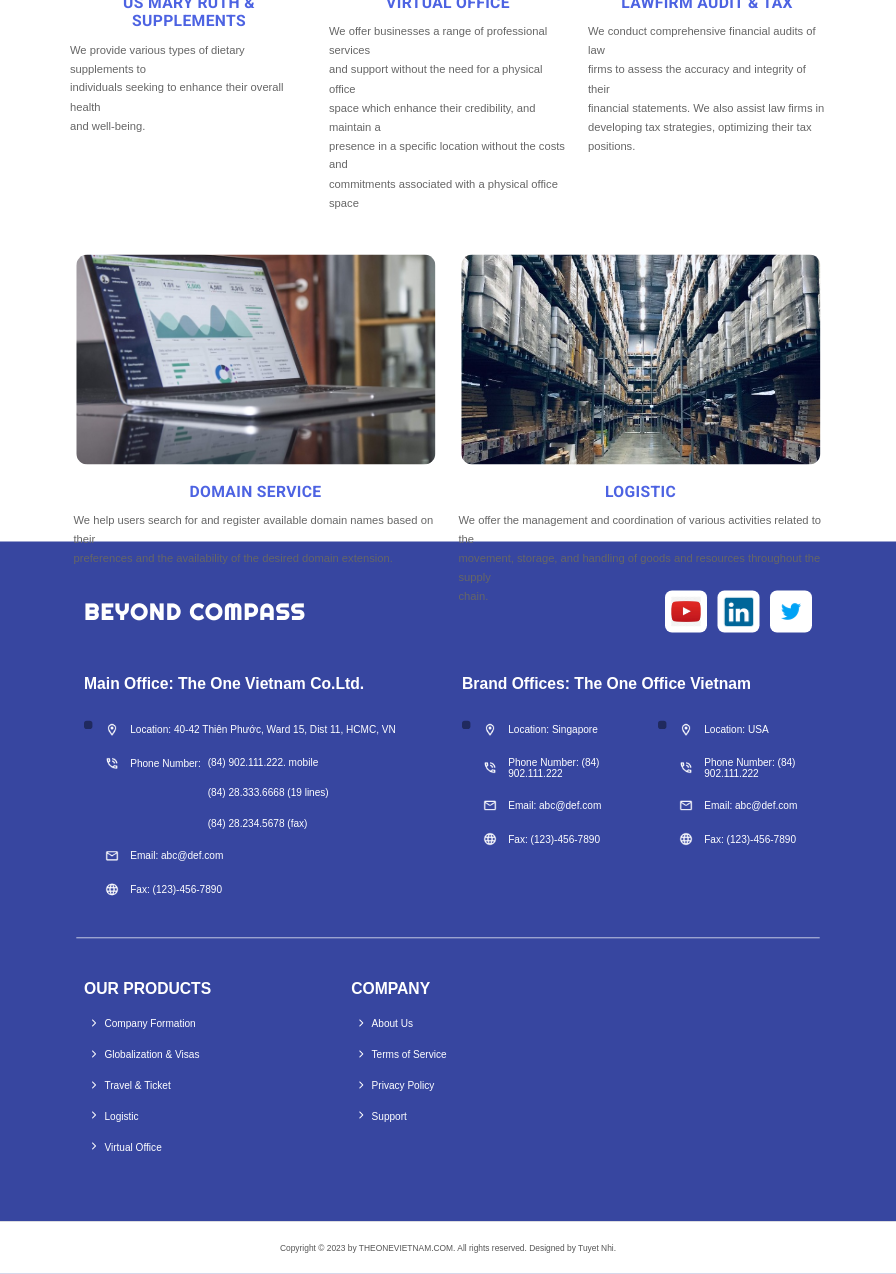
Repository: trunghau06/baitapRn
Page: pages/product.html
The author's editor kept a copy of each file at every save. The page is drawn from the files as they stood at one save, then again after the next save.
The browser window is 1280 px wide. The pictures show the part of the page from y = 1591 to 3511 px (the page is 3411 px tall before and 3511 px after), at 70% of full size.

Above is the page before, as saved 2025-10-09 23:40:06.

After the next save:
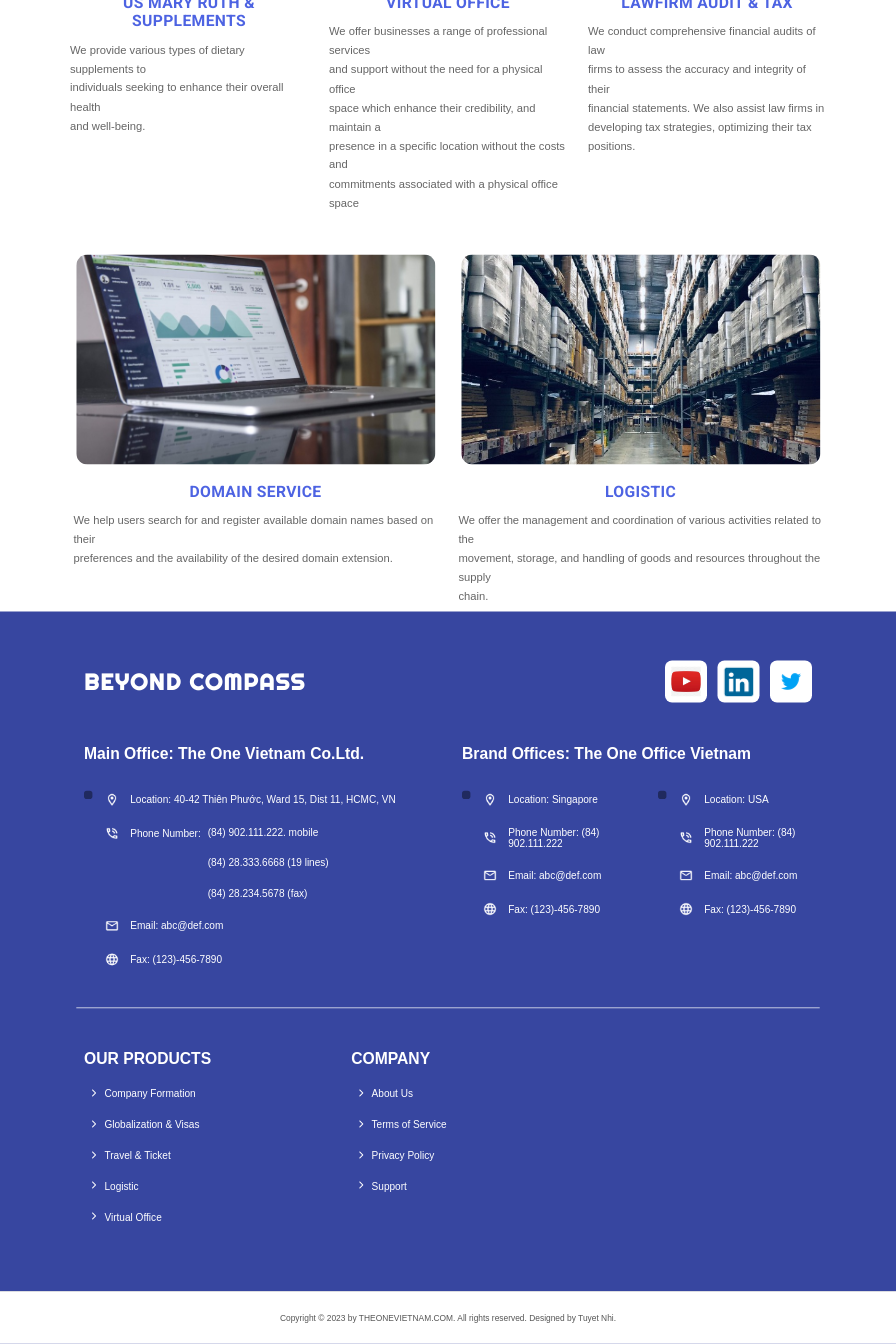
Saved 6 s later.
--- a/style/product.css
+++ b/style/product.css
@@ -240,7 +240,7 @@ nav ul li a.active::after {
 .box:nth-child(7),
 .box:nth-child(8) {
     width: 45%;
-    margin-bottom: 0px;
+    margin-bottom: 100px;
 }
 
 /* Footer */
